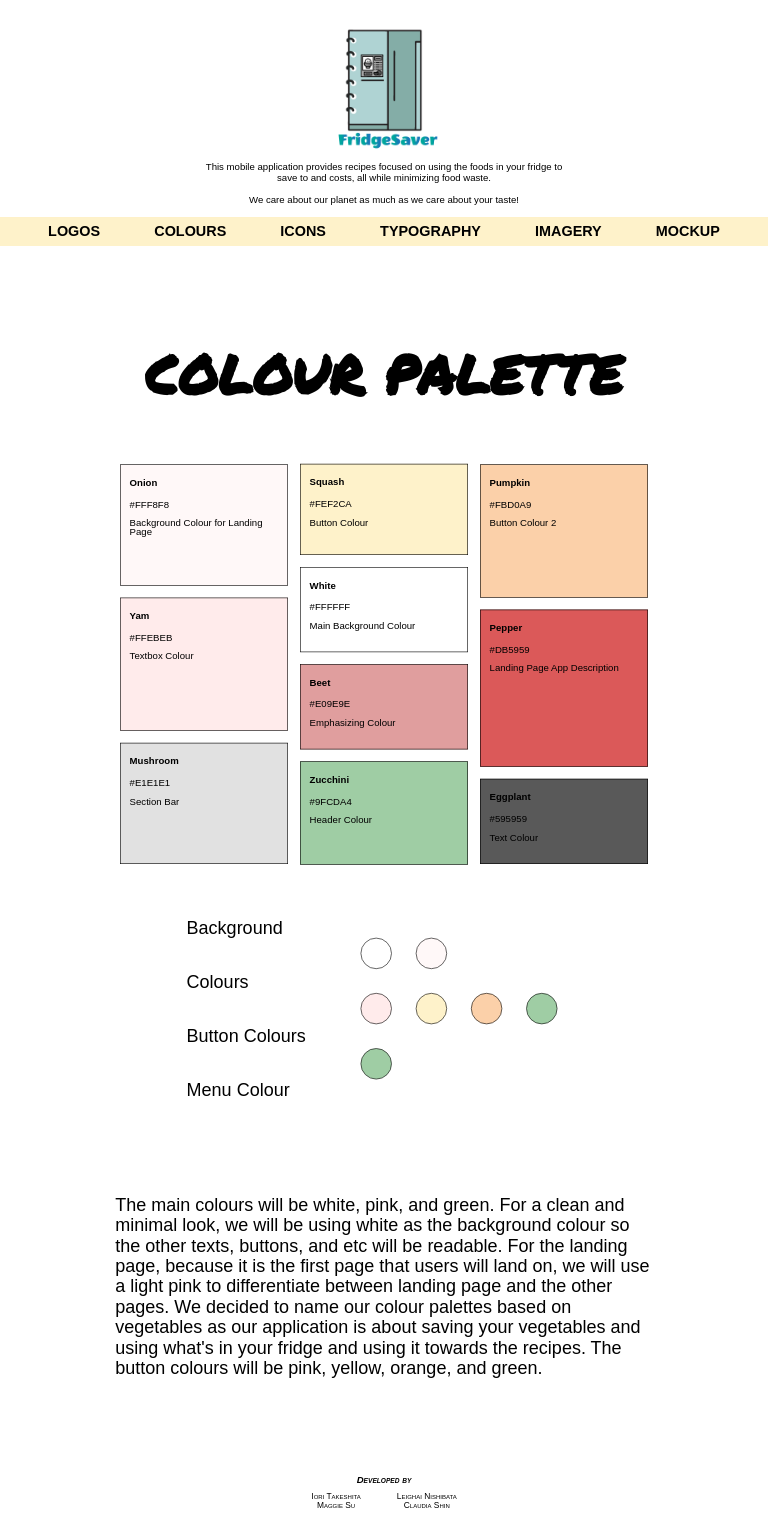
Repository: iorid3/StyleGuide
Page: colourpalette.html
An editor plug-in stored every save of this project. The page is shown before and after the next save, followed by the edit.
The browser window is 1280 px wide. The pictures show the whole page, at 60% of full size.
Some web fonts or font styles are not loaded; a fallback is used.

Above is the page before, as saved 2021-03-19 01:37:00.

### colourpalette.html
<!DOCTYPE html>
<html>

<head>
    <title>Colour Palette</title>
    <link rel="stylesheet" href="colourpalette.css" type="text/css">
    <link rel="preconnect" href="https://fonts.gstatic.com">
    <link href="https://fonts.googleapis.com/css2?family=Athiti:wght@400;600;700&family=Permanent+Marker&family=Wendy+One&display=swap" rel="stylesheet">
</head>

<body>
    <header>
        <div class="first_header">
            <div class="header_logo"><img src="./Icons/FridgeSaver_logo(colour).png"></div>
            <div class="header_text">
                This mobile application provides recipes focused on using the foods in your
                fridge to save to and costs, all while minimizing food waste.
                <br><br>
                We care about our planet as much as we care about your taste!
            </div>
        </div>
        <div class="second_header">
            <ul>
                <li><a href="/index.html">LOGOS</a></li>
                <li><a href="colourpalette.html">COLOURS</a></li>
                <li><a href="/icons.html">ICONS</a></li>
                <li><a href="/typography.html">TYPOGRAPHY</a></li>
                <li><a href="/imagery.html">IMAGERY</a></li>
                <li><a href="/mockup.html">MOCKUP</a></li>
            </ul>
        </div>
    </header>

    <h2>COLOUR PALETTE</h2>

    <div class="colour_container">
        <div class="first">
            <div class="onion">
                <h4>Onion</h4>
                <p>#FFF8F8</p>
                <p>Background Colour for Landing Page</p>
            </div>
            <div class="yam">
                <h4>Yam</h4>
                <p>#FFEBEB</p>
                <p>Textbox Colour</p>
            </div>
            <div class="mushroom">
                <h4>Mushroom</h4>
                <p>#E1E1E1</p>
                <p>Section Bar</p>
            </div>
        </div>

        <div class="second">
            <div class="squash">
                <h4>Squash</h4>
                <p>#FEF2CA</p>
                <p>Button Colour</p>
            </div>
            <div class="white">
                <h4>White</h4>
                <p>#FFFFFF</p>
                <p>Main Background Colour</p>
            </div>
            <div class="beet">
                <h4>Beet</h4>
                <p>#E09E9E</p>
                <p>Emphasizing Colour</p>
            </div>
            <div class="zucchini">
                <h4>Zucchini</h4>
                <p>#9FCDA4</p>
                <p>Header Colour</p>
            </div>
        </div>

        <div class="third">
            <div class="pumpkin">
                <h4>Pumpkin</h4>
                <p>#FBD0A9</p>
                <p>Button Colour 2</p>
            </div>
            <div class="pepper">
                <h4>Pepper</h4>
                <p>#DB5959</p>
                <p>Landing Page App Description</p>
            </div>
            <div class="eggplant">
                <h4>Eggplant</h4>
                <p>#595959</p>
                <p>Text Colour</p>
            </div>
        </div>
    </div>


    <div class="button_container">
        <div class="left">
            <div>Background Colours</div>
            <div>Button Colours</div>
            <div>Menu Colour</div>
        </div>

        <div class="right">
            <div class="first-row">
                <div class="circle white2"></div>
                <div class="circle palepink"></div>
            </div>
            <div class="second-row">
                <div class="circle pink"></div>
                    <div class="circle yellow"></div>
                    <div class="circle orange"></div>
                    <div class="circle green"></div>
                </div>
            <div class="third-row">
                <div class="circle green"></div>
            </div>
        </div>
    </div>

    <div class="colour_paragraph">
        <p>The main colours will be white, pink, and green. For a clean and minimal look, we will be using white as the
            background colour so the other texts, buttons, and etc will be readable. For the landing page, because it is
            the first page that users will land on, we will use a light pink to differentiate between landing page and
            the other pages. We decided to name our colour palettes based on vegetables as our application is about
            saving your vegetables and using what's in your fridge and using it towards the recipes. The button colours
            will be pink, yellow, orange, and green.</p>
    </div>

    <footer>
        <div class="footer_text">
            <div>Developed by</div>
            <div class="footer_text_name">
                <div>
                    Iori Takeshita<br>
                    Maggie Su
                </div>
                <div>
                    Leighai Nishibata<br>
                    Claudia Shin
                </div>
            </div>
        </div>
    </footer>

</body>

</html>

### colourpalette.css
html, body {
    margin: 0;
}

/* Heading start */

header, footer {
    display: flex;
    flex-direction: column;
    justify-content: center;
    align-items: center;
    font-family: 'Athiti', sans-serif;
    width: 100%;
}
.first_header {
    display: flex;
    flex-direction: column;
    justify-content: center;
    align-items: center;
    margin: 20px 0px 20px 0px;
}
.header_logo {
    width: 250px;
    height: 250px;
}
.header_logo img {
    width: 100%;
    height: 100%;
    object-fit: cover;
}
.header_text {
    width: 600px;
    text-align: center;
}
.second_header {
    width: 100%;
    height: 70px;
}
ul {
    width: 100%;
    list-style-type: none;
    margin: 0;
    padding: 0;
    overflow: hidden;
    background-color: #FEF2CA;
    display: flex;
    flex-direction: row;
    justify-content: space-evenly;
    align-items: center;

    position: sticky;
    top: 0px;
}
li a {
    display: block;
    color: black;
    text-align: center;
    text-decoration: none;
    font-weight: bold;
    font-size: 24px;
    padding: 10px;
}

li a:hover {
    background-color: #FFE796;
}

/* Heading End */

/*Colour Start*/

h2 {
    font-family: 'Permanent Marker', cursive;
    font-size: 2rem;
    display: flex;
    justify-content: center;
    align-items: center;
    padding-top: 50px;
    font-size: 90px;
}

.colour_container {
    font-family: 'Athiti', sans-serif;
    line-height: 15px;
    display: flex;
    justify-content: center;
    align-items: center;
    /* background-color: pink; */
}

.first, .second, .third {
    display: flex;
    flex-direction: column;
    width: 300px;
    /* height: 100vh; */
}

.onion {
    background-color: #FFF8F8;
    border: 1px solid #000000;
    margin: 10px;
    padding-left: 15px;
    /* flex-grow: 1;
    flex-shrink: 2; */
    height: 200px;
}

.yam {
    background-color: #FFEBEB;
    border: 1px solid #000000;
    margin: 10px;
    padding-left: 15px;
    /* flex-grow: 2;
    flex-shrink: 2; */
    height: 220px;
}

.mushroom {
    background-color: #E1E1E1;
    border: 1px solid #000000;
    margin: 10px;
    padding-left: 15px;
    /* flex-grow: 1; */
    height: 200px;
}

.squash {
    background-color: #FEF2CA;
    border: 1px solid #000000;
    margin: 10px;
    padding-left: 15px;
    /* flex-grow: 1; */
    height: 150px;
}

.white {
    background-color: #FFFFFF;
    border: 1px solid #000000;
    margin: 10px;
    padding-left: 15px;
    /* flex-grow: 1; */
    height: 140px;
}

.beet {
    background-color: #E09E9E;
    border: 1px solid #000000;
    margin: 10px;
    padding-left: 15px;
    /* flex-grow: 1; */
    height: 140px;
}

.zucchini {
    background-color: #9FCDA4;
    border: 1px solid #000000;
    margin: 10px;
    padding-left: 15px;
    /* flex-grow: 1; */
    height: 170px;
}

.pumpkin {
    background-color: #FBD0A9;
    border: 1px solid #000000;
    margin: 10px;
    padding-left: 15px;
    /* flex-grow: 1; */
    height: 220px;
}

.pepper {
    background-color: #DB5959;
    border: 1px solid #000000;
    margin: 10px;
    padding-left: 15px;
    /* flex-grow: 2; */
    height: 260px;
}

.eggplant {
    background-color: #595959;
    border: 1px solid #000000;
    margin: 10px;
    padding-left: 15px;
    /* flex-grow: 1; */
    height: 140px;
}

.button_container {
    display: flex;
    justify-content: center;
    align-items: center;
    flex-direction: row;
    flex-wrap: nowrap;
    margin: 50px;
}

.left {
    font-family: 'Athiti', sans-serif;
    font-size: 1.2em;
    display: flex;
    flex-direction: column;
    line-height: 90px;
    min-width: 250px;
    max-width: 250px;
    flex-wrap: nowrap;
    font-size: 30px;
}

.right {
    display: flex;
    flex-direction: column;
    margin: 20px;
}

.first-row, .second-row, .third-row {
    display: flex;
    flex-direction: row;
}

.circle {
    width: 50px;
    height: 50px;
    border: 1px solid #000000;
    border-radius: 50%;
    margin: 20px;
}

.white2{
    background-color: #FFFFFF;
}

.palepink {
    background-color: #FFF8F8;
}

.pink {
    background-color: #FFEBEB;
}

.yellow {
    background-color: #FEF2CA;
}

.orange {
    background-color: #FBD0A9;
}

.green {
    background-color: #9FCDA4;
}

.colour_paragraph {
    font-family: 'Athiti', sans-serif;
    margin: auto;
    max-width: 70%;
    padding-top: 50px;
    padding-bottom: 150px;
    font-size: 30px;
}

@media only screen and (max-width: 600px) {
    .button_container {
        width: fit-content;
    }
}

/*Colour End*/

/* footer start */

.footer_text {
    width: 100%;
    height: 50px;
    display: flex;
    flex-direction: column;
    justify-content: center;
    align-items: center;

}
.footer_text div {
    font-size: 16px;
    font-weight: 600;
    font-style: italic;
    font-variant: small-caps;
}
.footer_text_name {
    display: flex;
    flex-direction: row;
    justify-content: space-between;
    align-items: stretch;
    text-align: center;
}
.footer_text_name div {
    margin: 10px 30px 30px 30px;
    font-weight: 500;
    font-size: 14px;
    font-style: normal;
}

/* footer end */

After the next save:
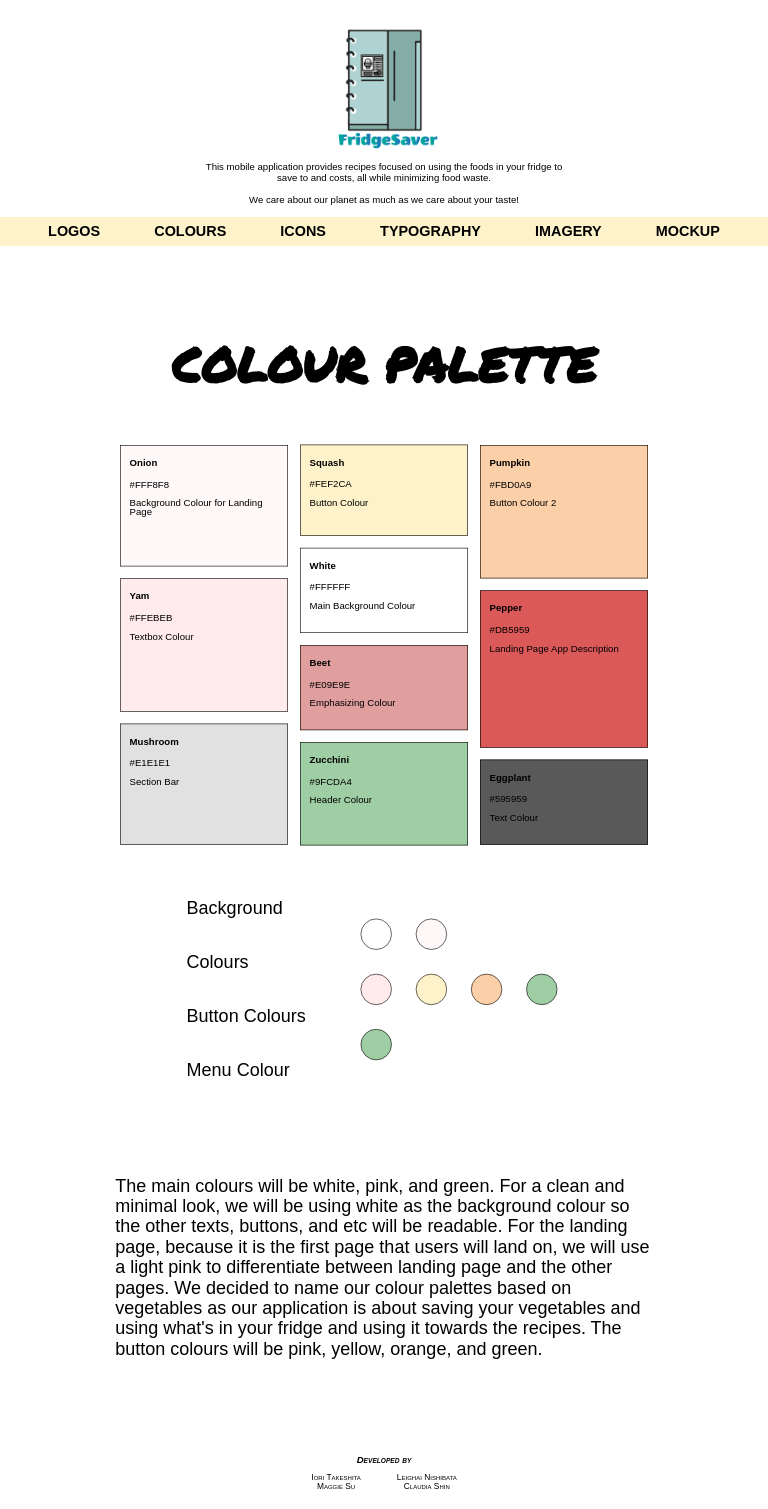
Saved 4 s later.
--- a/colourpalette.css
+++ b/colourpalette.css
@@ -76,7 +76,7 @@
     justify-content: center;
     align-items: center;
     padding-top: 50px;
-    font-size: 90px;
+    font-size: 80px;
 }
 
 .colour_container {

After the 5 saves that followed:
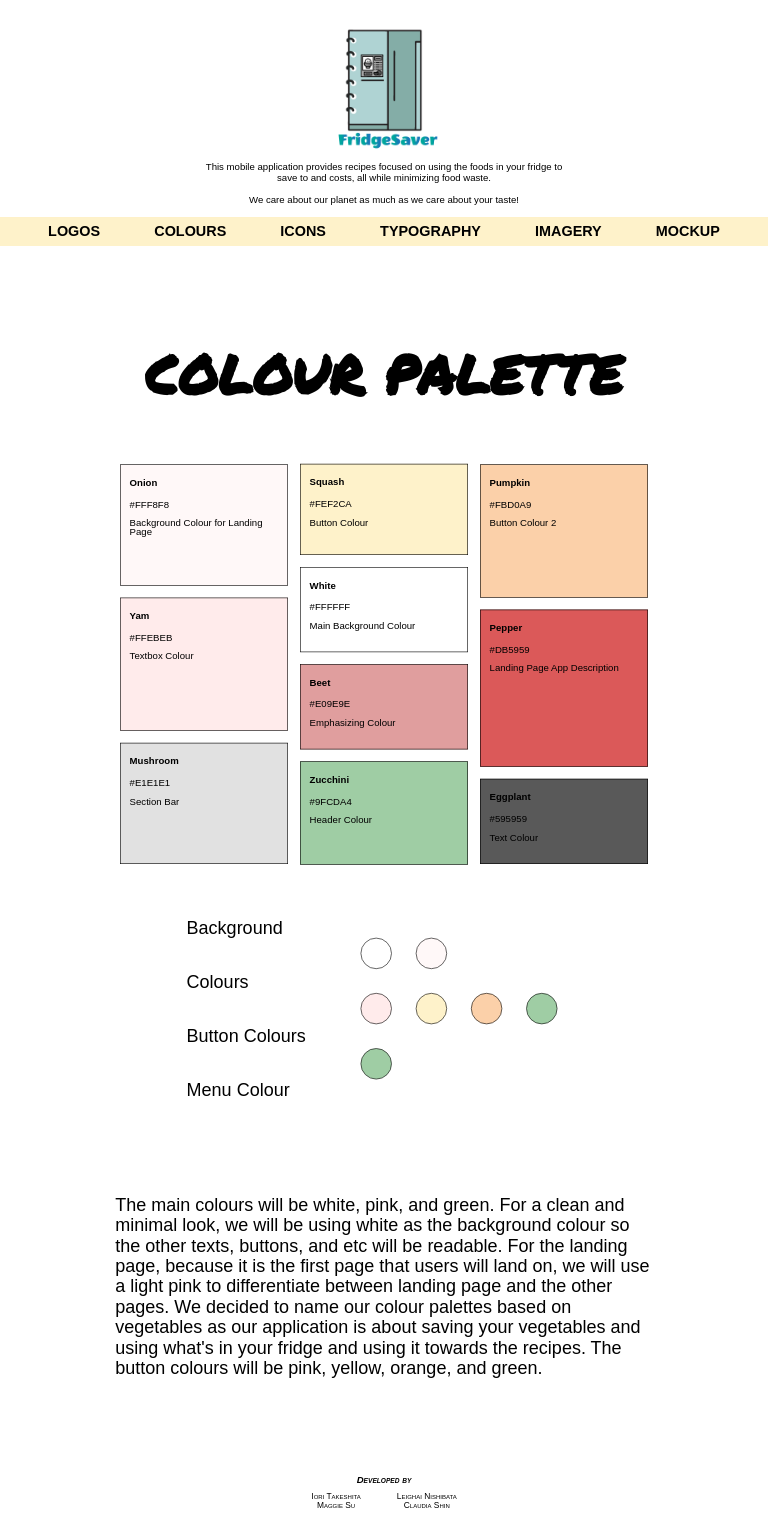
The 5 saves are shown as one change because 1 left the picture as it was and some came seconds apart.
The last was saved 20 s later.
--- a/colourpalette.css
+++ b/colourpalette.css
@@ -76,7 +76,7 @@
     justify-content: center;
     align-items: center;
     padding-top: 50px;
-    font-size: 80px;
+    font-size: 90px;
 }
 
 .colour_container {
